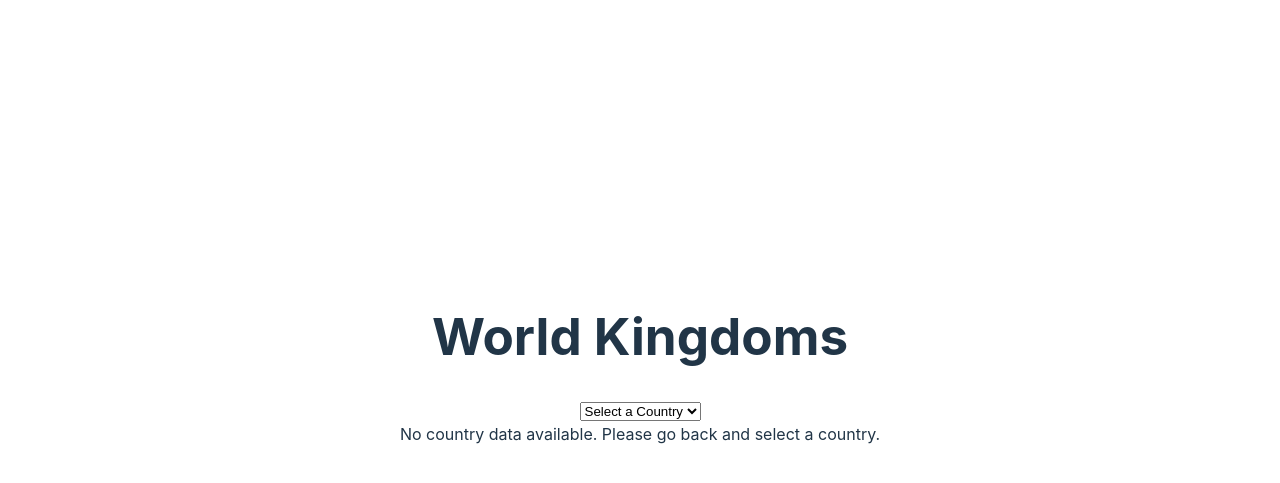
Repository: GloGlorGloria/COMP3170-lab7
Page: /
The author's editor kept a copy of each file at every save. The page is drawn from the files as they stood at one save, then again after the next save.
The browser window is 1280 px wide. The pictures show the whole page.
The page's requests for data from a server got no answer. The project was rebuilt for these pictures with package versions that can differ from the ones it lists, and the page was loaded fresh each time. No one was signed in, and anything a server would have sent is missing. Also part of the build but not shown: vite.config.js.

Above is the page before, as saved 2024-11-23 13:57:32.

### index.html
<!doctype html>
<html lang="en">
  <head>
    <meta charset="UTF-8" />
    <link rel="icon" type="image/svg+xml" href="/Globe icon.png" />
    <meta name="viewport" content="width=device-width, initial-scale=1.0" />
    <title>World Kingdoms</title>
  </head>
  <body>
    <div id="root"></div>
    <script type="module" src="/src/main.jsx"></script>
  </body>
</html>

### src/App.jsx
import { BrowserRouter, Routes, Route } from 'react-router-dom';
import Countries from './components/Countries';
import Details from './components/Details';
import './App.css'

function App() {
  return (
       <BrowserRouter>
          <Routes>
          <Route path="/" element={<Countries />}>
            <Route path="/countries" element={<Countries />}>
              <Route path=":cca2" element={<Details />} />
            </Route>
          </Route>
        </Routes>
       </BrowserRouter>
  );
}

export default App

### src/components/Countries.jsx
import { useEffect, useState } from 'react';
import { useNavigate } from "react-router-dom";
import Details from './Details';


function Countries() {
  const [countries, setCountries] = useState([]);
  const [fetchStatus, setFetchStatus] = useState('idle');
  const navigate = useNavigate();
  const isLoading = fetchStatus === 'loading';
  const isError = fetchStatus === 'error';

  useEffect(() => {
    async function fetchData() {
      try {
        setFetchStatus('loading');
        const response = await fetch('https://restcountries.com/v3.1/name/kingdom');
        const data = await response.json();
        setCountries(data);
        setFetchStatus('idle');
        console.log(countries);
      } catch(e){
        setFetchStatus('error');
        console.error(e.message);
      }
    }
    fetchData();
  }, []);
  console.log(countries);

  const handleCountrySelect = (event) => {
    const countryName = event.target.value;
    const selectedCountry = countries.find((country) => country.name.common === countryName);
    console.log(selectedCountry);
    console.log(`/countries/${selectedCountry.cca2}`);
    if (countryName === "Select a Country") {
      navigate("/");
      return;
    }
    navigate(`/countries/${selectedCountry.cca2}`, { state: {selectedCountry} });
  };

  return (
    <div>
      <h1>World Kingdoms</h1>
      <div className='select_container'>
        <select onChange={handleCountrySelect} >
          <option defaultValue={"Select a Country"} >Select a Country</option>
          {countries.map((country, index) => (
            <option
            key={index}
            value={country.name.common}
            >
            {country.name.common}
            </option>
          ))}
        </select>
      </div>

      <Details/>


      </div>
    );
  }

  export default Countries;

### src/components/Details.jsx
import { useLocation } from "react-router-dom";

function Details(){
    const { state } = useLocation();
    console.log(state);
    if (!state || !state.selectedCountry) {
        return <div>No country data available. Please go back and select a country.</div>;
      }

    const { selectedCountry } = state;

    return (
        <div>
            <h1>{selectedCountry.name.common}</h1>
            <img src={selectedCountry.flags.png} alt={`Flag of ${selectedCountry.name.common}`}/>
            <div className="country-info">
                <div>
                    <p><span className="info-title">Capital: </span> <span>{selectedCountry.capital}</span></p>
                    <p><span className="info-title">Located in:</span> <span>{selectedCountry.subregion}</span></p>
                </div>
            </div>
        </div>
    );
}

export default Details;

Loaded but not shown: src/main.jsx (common file); src/index.css (common file); src/App.css (common file)

After the next save:
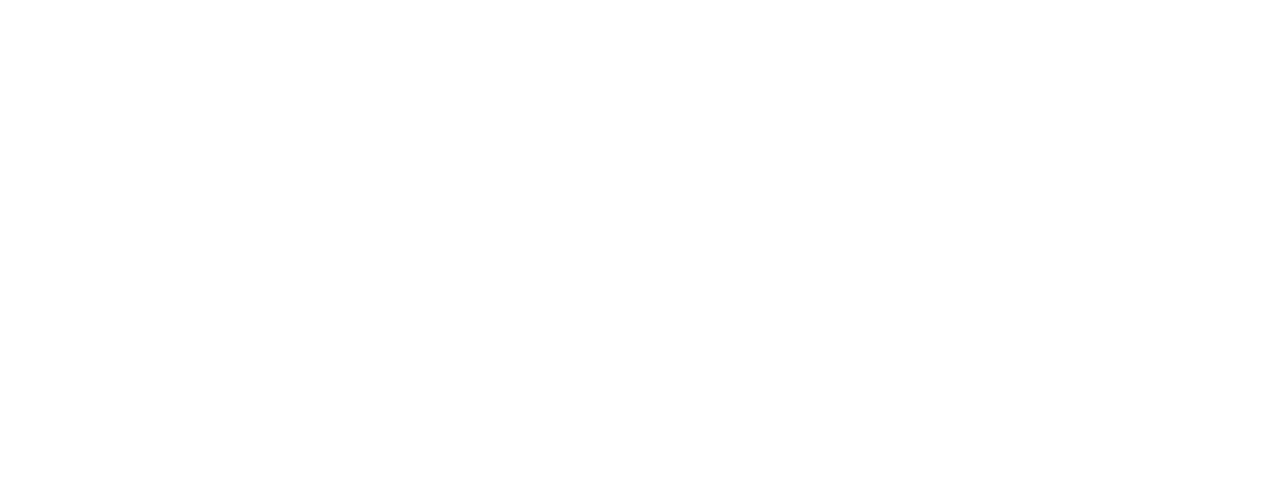
Console error: ReferenceError: NavLink is not defined
Saved 116 s later.
--- a/src/components/Countries.jsx
+++ b/src/components/Countries.jsx
@@ -1,5 +1,5 @@
 import { useEffect, useState } from 'react';
-import { useNavigate } from "react-router-dom";
+import { Link, useNavigate } from "react-router-dom";
 import Details from './Details';
 
 
@@ -42,7 +42,7 @@
 
   return (
     <div>
-      <h1>World Kingdoms</h1>
+      <NavLink to="/"><h1>World Kingdoms</h1></NavLink>
       <div className='select_container'>
         <select onChange={handleCountrySelect} >
           <option defaultValue={"Select a Country"} >Select a Country</option>

After the 2 saves that followed:
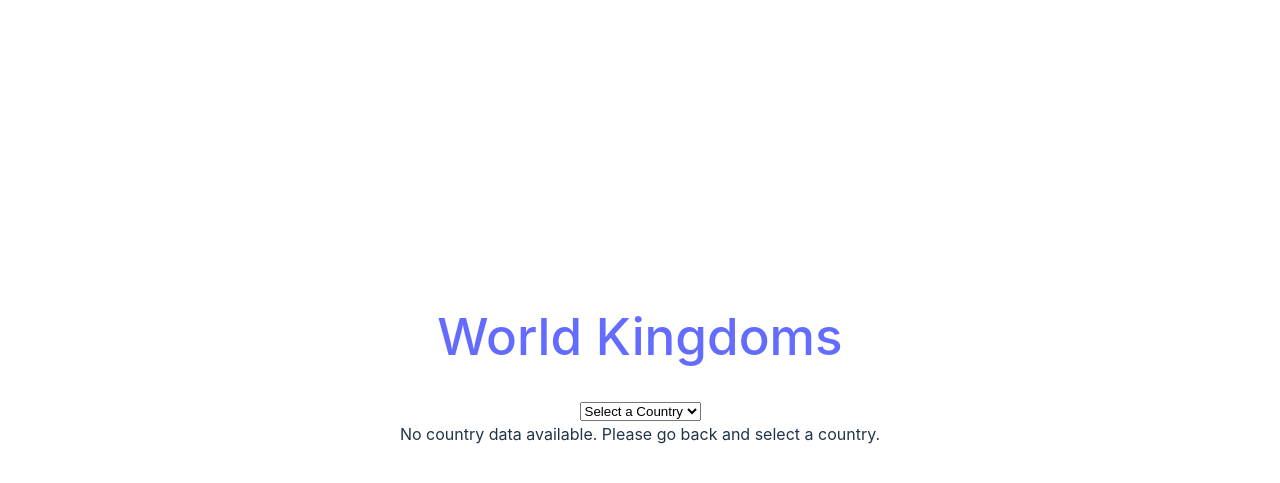
The error is gone.
The 2 saves are shown as one change because 1 left the picture as it was.
The last was saved 46 s later.
--- a/src/components/Countries.jsx
+++ b/src/components/Countries.jsx
@@ -1,5 +1,5 @@
 import { useEffect, useState } from 'react';
-import { Link, useNavigate } from "react-router-dom";
+import { Link, useNavigate, NavLink} from "react-router-dom";
 import Details from './Details';
 
 
@@ -42,7 +42,7 @@
 
   return (
     <div>
-      <NavLink to="/"><h1>World Kingdoms</h1></NavLink>
+      <h1><NavLink to="/">World Kingdoms</NavLink></h1>
       <div className='select_container'>
         <select onChange={handleCountrySelect} >
           <option defaultValue={"Select a Country"} >Select a Country</option>
